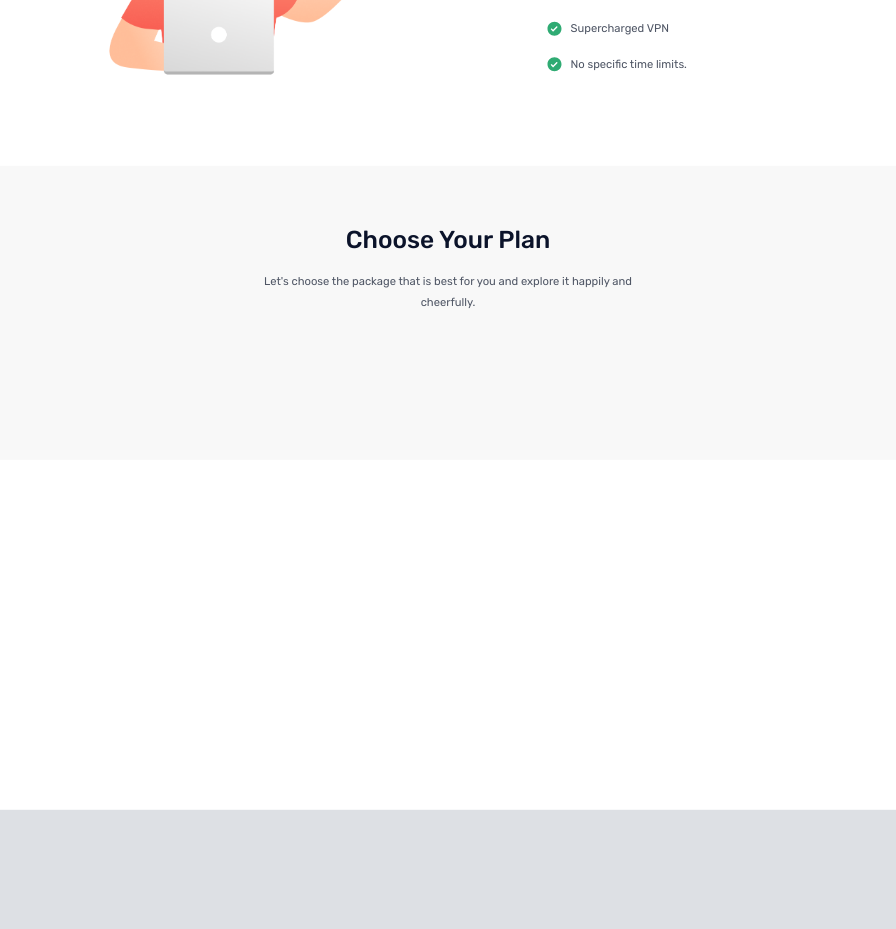
Repository: dangpham205/LaslesVPN-Landing-Page
Page: index.html
An editor plug-in stored every save of this project. The page is shown before and after the next save, followed by the edit.
The browser window is 1280 px wide. The pictures show the part of the page from y = 1217 to 3137 px (the page is 2544 px tall before and 3137 px after), at 70% of full size.

Above is the page before, as saved 2022-07-20 11:29:25.

After the next save:
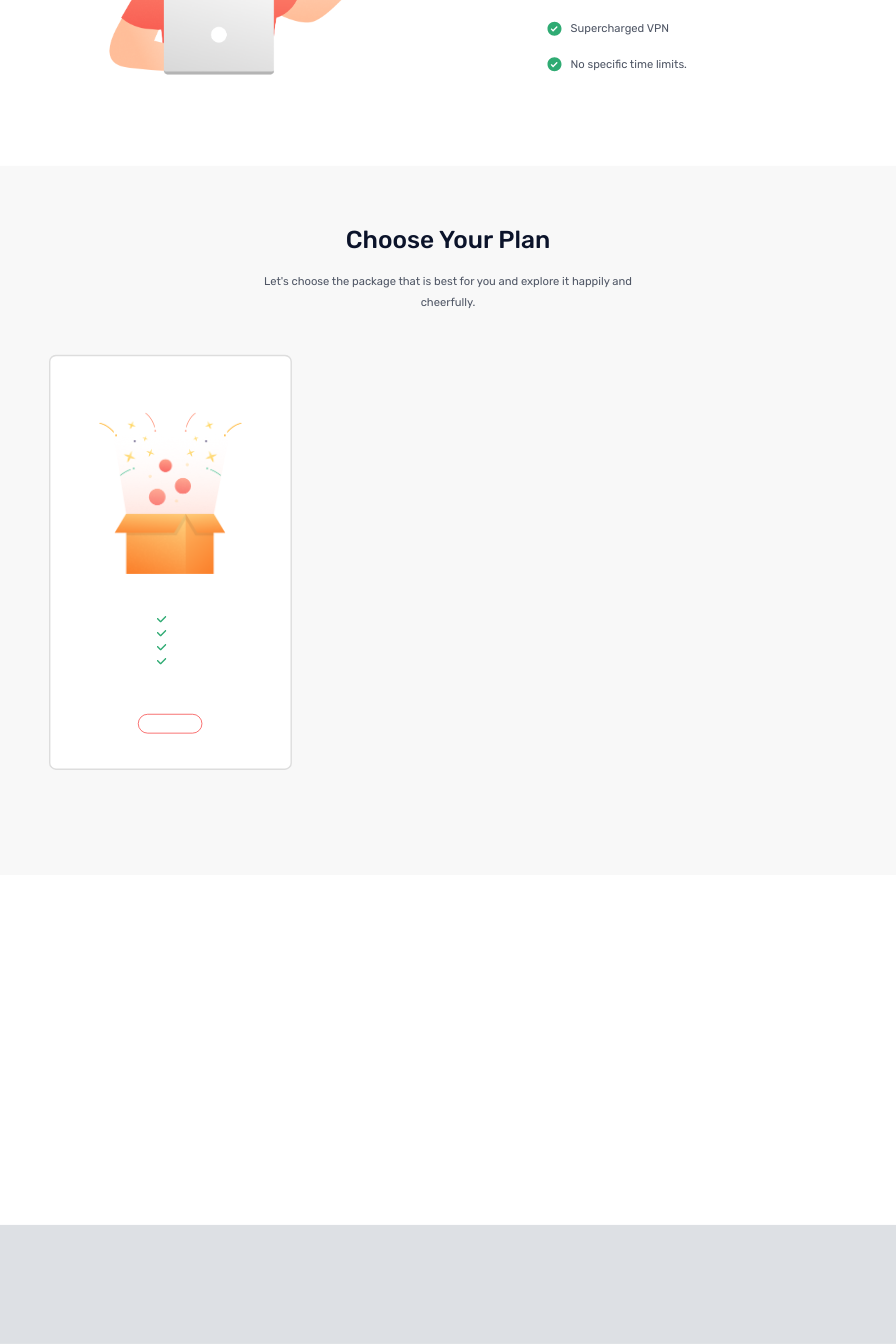
Saved 7 min 51 s later.
--- a/index.html
+++ b/index.html
@@ -143,7 +143,32 @@
                             <p class="plan__desc text">Let's choose the package that is best for you and explore it happily and cheerfully.</p>
                         </div>
                         <div class="plan__list">
-
+                            <div class="plan__item">
+                                <div class="plan__item-image">
+                                    <img src="" alt="" srcset="./assets/img/plan.png">
+                                </div>
+                                <h4 class="plan__item-title"></h4>
+                                <ul class="plan__item-details">
+                                    <li class="plan__item-detail">
+                                        <img src="./assets/img/ic-check-line.svg" alt="">
+                                        <span class="plan__item-desc"></span>
+                                    </li>
+                                    <li class="plan__item-detail">
+                                        <img src="./assets/img/ic-check-line.svg" alt="">
+                                        <span class="plan__item-desc"></span>
+                                    </li>
+                                    <li class="plan__item-detail">
+                                        <img src="./assets/img/ic-check-line.svg" alt="">
+                                        <span class="plan__item-desc"></span>
+                                    </li>
+                                    <li class="plan__item-detail">
+                                        <img src="./assets/img/ic-check-line.svg" alt="">
+                                        <span class="plan__item-desc"></span>
+                                    </li>
+                                </ul>
+                                <div class="plan__item-price"></div>
+                                <a href="" class="plan__item-btn button button--outline"></a>
+                            </div>
                         </div>
                     </div>
                 </div>
